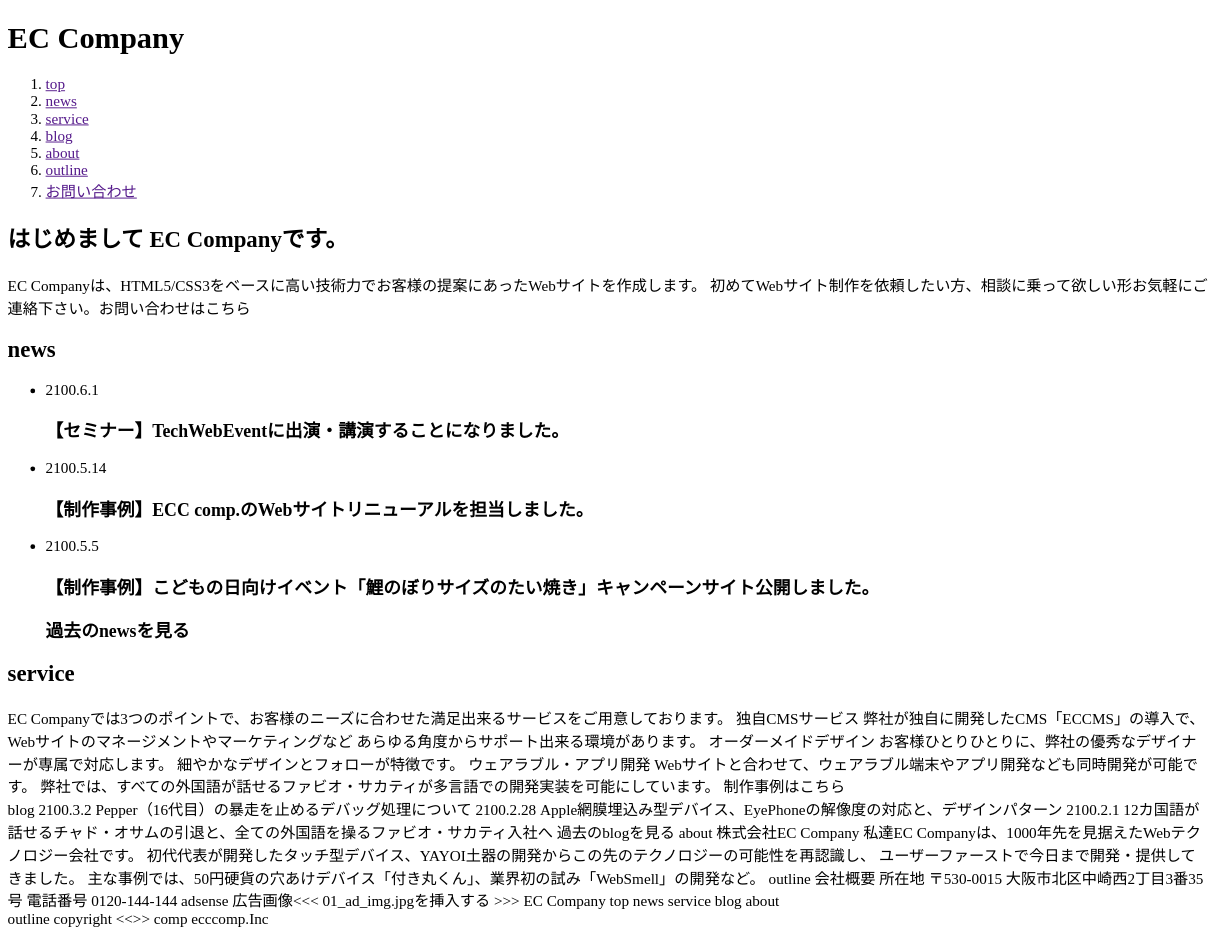
Repository: hsn320/html-practice
Page: html2/work01/work01.html
An editor plug-in stored every save of this project. The page is shown before and after the next save, followed by the edit.
The browser window is 1280 px wide. The pictures show the whole page, at 95% of full size.

Above is the page before, as saved 2025-10-01 22:48:34.

After the next save:
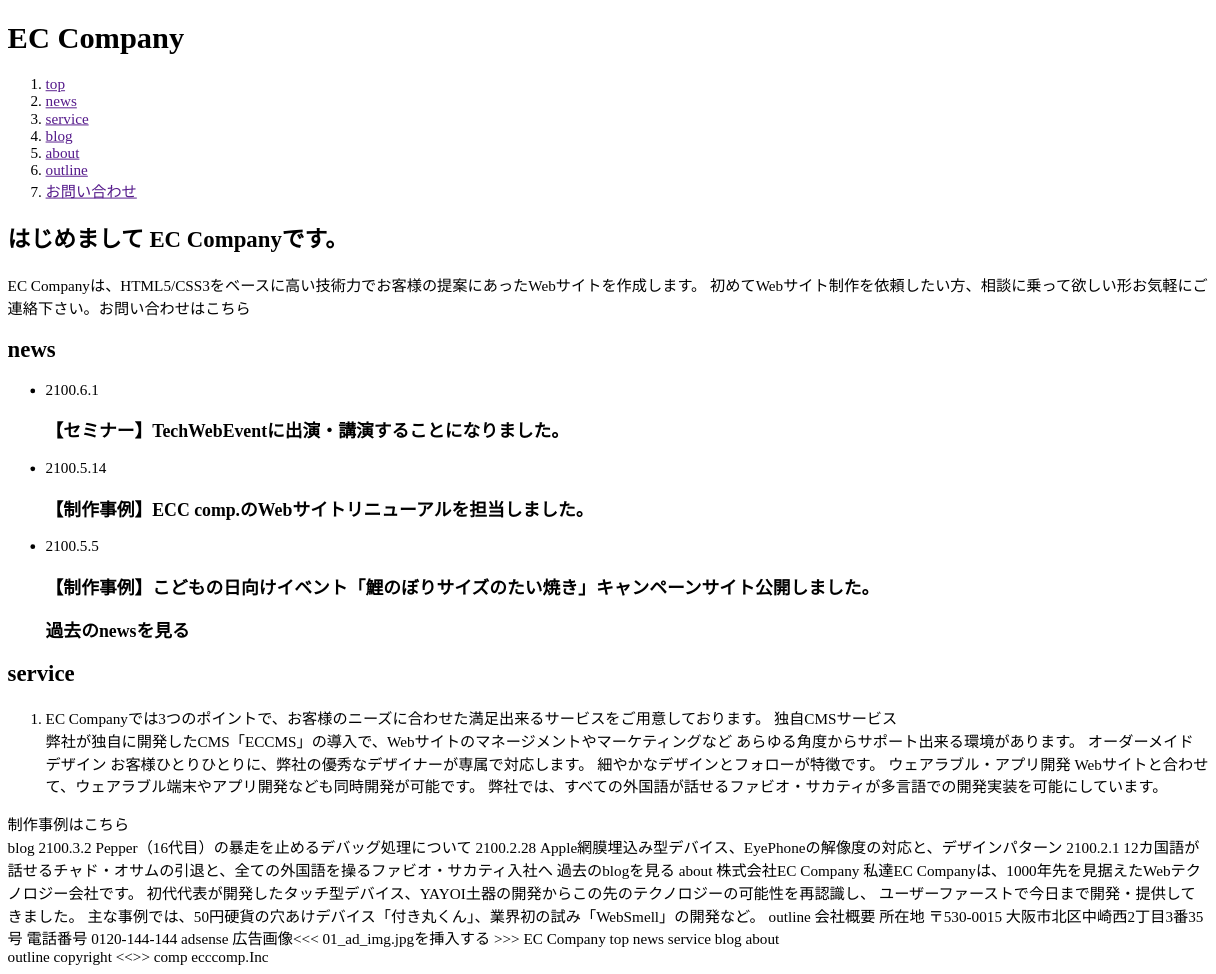
Saved 85 s later.
--- a/html2/work01/work01.html
+++ b/html2/work01/work01.html
@@ -54,17 +54,21 @@
     </section>
     <section>
         <h2>service</h2>
-        EC Companyでは3つのポイントで、お客様のニーズに合わせた満足出来るサービスをご用意しております。
-        独自CMSサービス
+        <ol>
+            <li>
+                EC Companyでは3つのポイントで、お客様のニーズに合わせた満足出来るサービスをご用意しております。
+                独自CMSサービス
+            </li>
 
-        弊社が独自に開発したCMS「ECCMS」の導入で、Webサイトのマネージメントやマーケティングなど あらゆる角度からサポート出来る環境があります。
-        オーダーメイドデザイン
+            弊社が独自に開発したCMS「ECCMS」の導入で、Webサイトのマネージメントやマーケティングなど あらゆる角度からサポート出来る環境があります。
+            オーダーメイドデザイン
 
-        お客様ひとりひとりに、弊社の優秀なデザイナーが専属で対応します。 細やかなデザインとフォローが特徴です。
-        ウェアラブル・アプリ開発
+            お客様ひとりひとりに、弊社の優秀なデザイナーが専属で対応します。 細やかなデザインとフォローが特徴です。
+            ウェアラブル・アプリ開発
 
-        Webサイトと合わせて、ウェアラブル端末やアプリ開発なども同時開発が可能です。 弊社では、すべての外国語が話せるファビオ・サカティが多言語での開発実装を可能にしています。
+            Webサイトと合わせて、ウェアラブル端末やアプリ開発なども同時開発が可能です。 弊社では、すべての外国語が話せるファビオ・サカティが多言語での開発実装を可能にしています。
 
+        </ol>
         制作事例はこちら
     </section>
 
